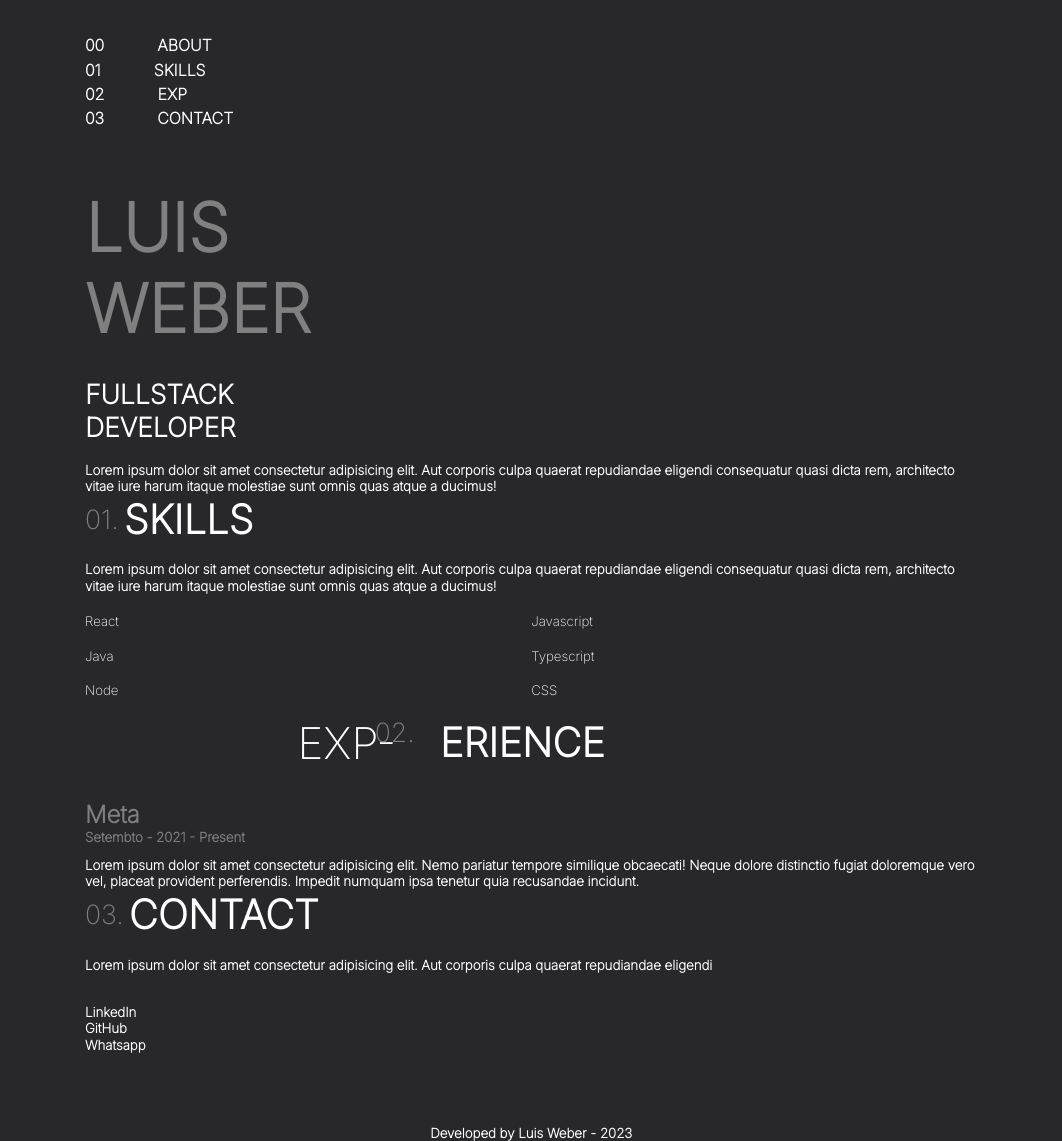
Repository: luiswh1/Portfolio
Page: /
An editor plug-in stored every save of this project. The page is shown before and after the next save, followed by the edit.
The browser window is 1280 px wide. The pictures show the whole page, at 83% of full size.
The project was rebuilt for these pictures with package versions that can differ from the ones it lists, and the page was loaded fresh each time.

Above is the page before, as saved 2023-05-31 19:43:29.

After the next save:
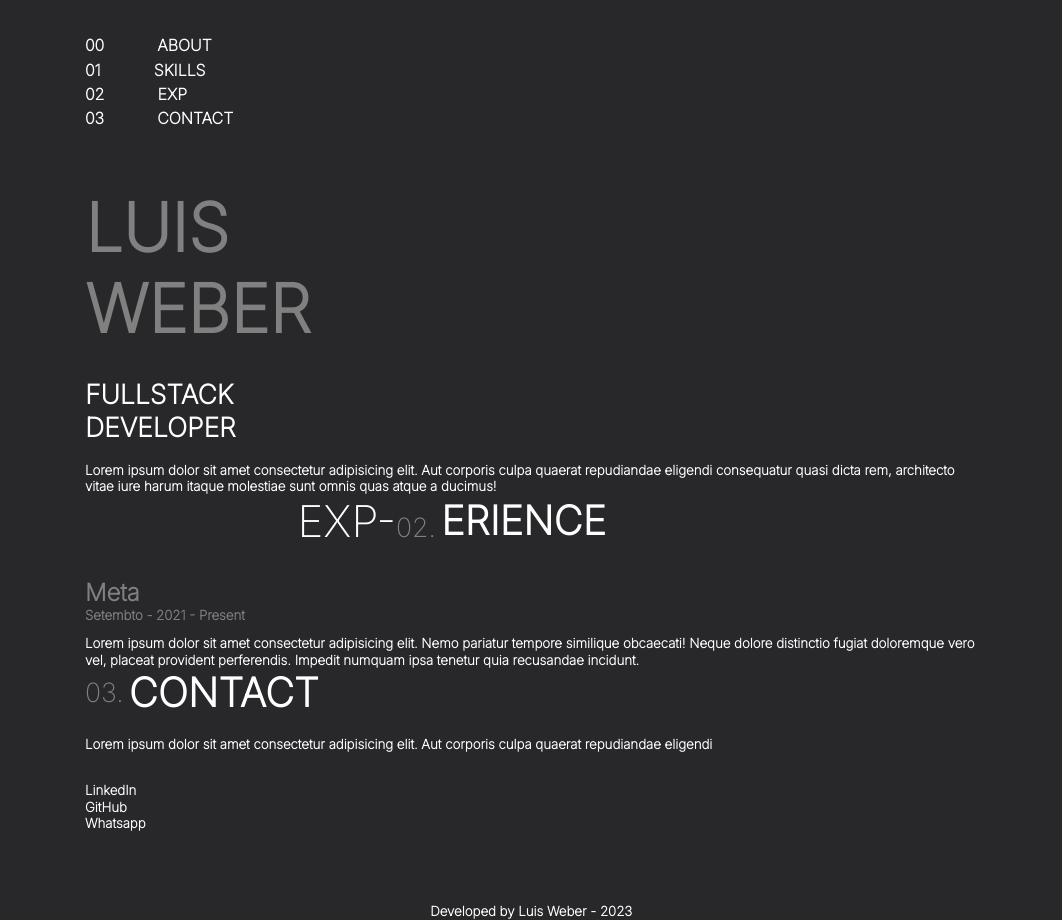
Saved 66 s later.
--- a/src/Pages/Home.tsx
+++ b/src/Pages/Home.tsx
@@ -49,33 +49,12 @@
           </About>
 
           <LabelTitle>
-            <NumberIndex>01.</NumberIndex>
-            <IndexTitle>SKILLS</IndexTitle>
+            <div>
+              <StyledSpanExp>EXP-</StyledSpanExp>
+              <NumberIndex>02.</NumberIndex>
+            </div>
+            <IndexTitle>ERIENCE</IndexTitle>
           </LabelTitle>
-
-          <About>
-            Lorem ipsum dolor sit amet consectetur adipisicing elit. Aut
-            corporis culpa quaerat repudiandae eligendi consequatur quasi dicta
-            rem, architecto vitae iure harum itaque molestiae sunt omnis quas
-            atque a ducimus!
-          </About>
-
-          <ListSkills>
-            <SkillItem>React</SkillItem>
-            <SkillItem>Javascript</SkillItem>
-            <SkillItem>Java</SkillItem>
-            <SkillItem>Typescript</SkillItem>
-            <SkillItem>Node</SkillItem>
-            <SkillItem>CSS</SkillItem>
-          </ListSkills>
-
-          <LabelTitle>
-  <div style={{ display: "flex" }}>
-    <StyledSpanExp>EXP-</StyledSpanExp>
-    <NumberIndex style={{ marginLeft: "-0.8em" }}>02.</NumberIndex>
-  </div>
-  <IndexTitle style={{ marginLeft: "0.5em" }}>ERIENCE</IndexTitle>
-</LabelTitle>
 
           <Experience>
             <Company>Meta</Company>

After the save that followed:
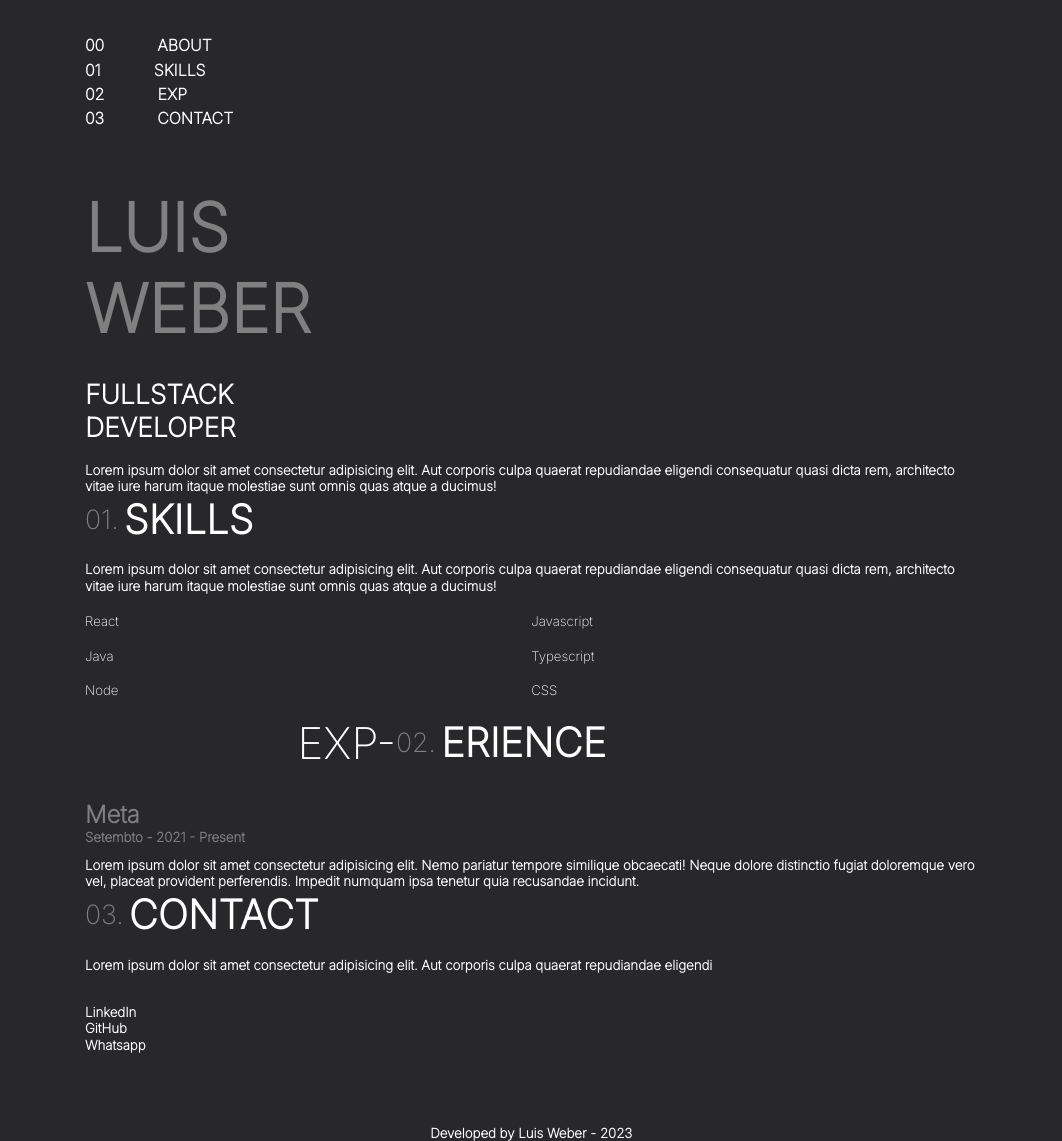
Saved 24 s later.
--- a/src/Pages/Home.tsx
+++ b/src/Pages/Home.tsx
@@ -1,4 +1,3 @@
-import React from "react";
 import {
   Container,
   NameSection,
@@ -49,10 +48,30 @@
           </About>
 
           <LabelTitle>
-            <div>
-              <StyledSpanExp>EXP-</StyledSpanExp>
-              <NumberIndex>02.</NumberIndex>
-            </div>
+            <NumberIndex>01.</NumberIndex>
+            <IndexTitle>SKILLS</IndexTitle>
+          </LabelTitle>
+
+          <About>
+            Lorem ipsum dolor sit amet consectetur adipisicing elit. Aut
+            corporis culpa quaerat repudiandae eligendi consequatur quasi dicta
+            rem, architecto vitae iure harum itaque molestiae sunt omnis quas
+            atque a ducimus!
+          </About>
+
+          <ListSkills>
+            <SkillItem>React</SkillItem>
+            <SkillItem>Javascript</SkillItem>
+            <SkillItem>Java</SkillItem>
+            <SkillItem>Typescript</SkillItem>
+            <SkillItem>Node</SkillItem>
+            <SkillItem>CSS</SkillItem>
+          </ListSkills>
+
+          <LabelTitle>
+            {/* TODO Ajustar o EXP em diferente resoluções de celular, pois está ficando desalinhado com o ERIENCE */}
+            <StyledSpanExp>EXP-</StyledSpanExp>
+            <NumberIndex>02.</NumberIndex>
             <IndexTitle>ERIENCE</IndexTitle>
           </LabelTitle>
 
